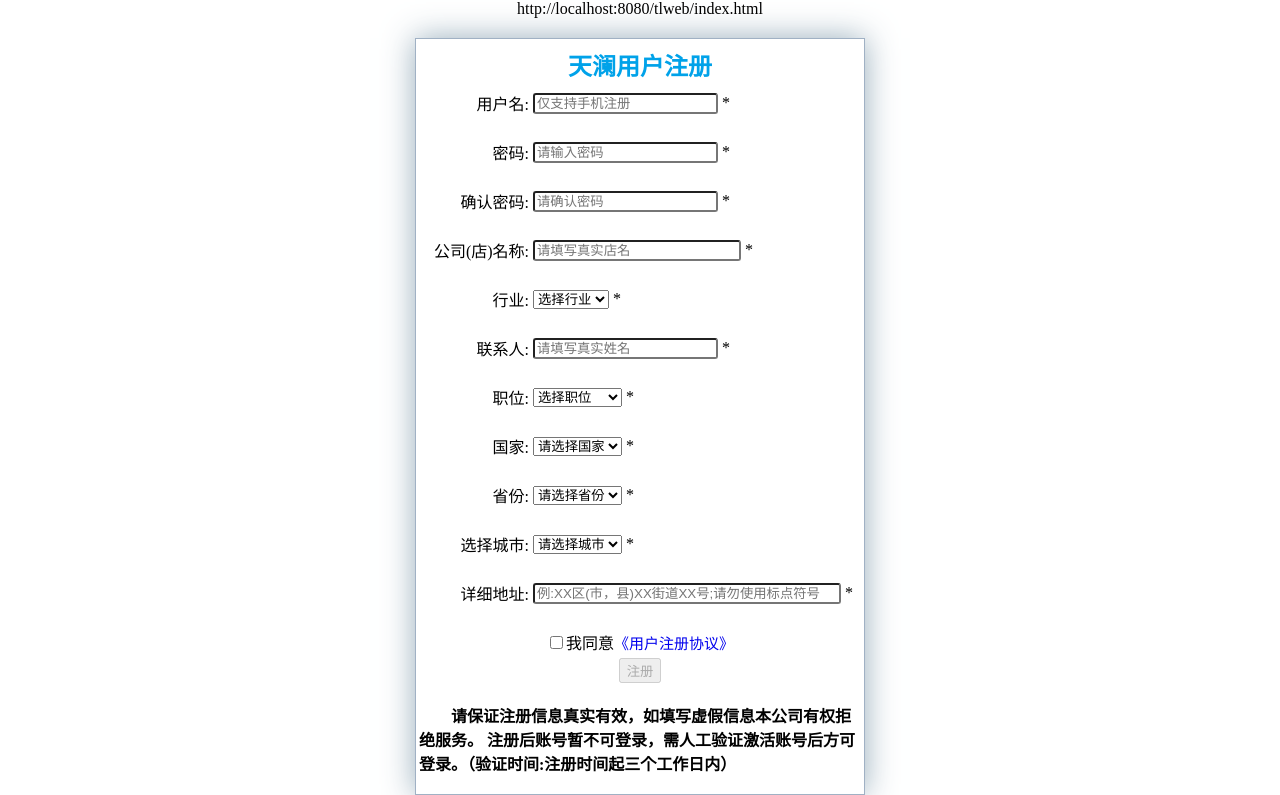
Repository: LansV/web
Page: http://localhost/tlweb/Register.jsp
The author's editor kept a copy of each file at every save. The page is drawn from the files as they stood at one save, then again after the next save.
The browser window is 1280 px wide. The pictures show the whole page.
The page is served by Tomcat 9. Other server files are loaded and not shown.

Above is the page before, as saved 2017-07-12 02:14:36.

### tlweb/WebContent/Register.jsp
<%@ page language="java" contentType="text/html; charset=UTF-8"
    pageEncoding="UTF-8"%>
<!DOCTYPE html PUBLIC "-//W3C//DTD HTML 4.01 Transitional//EN" "http://www.w3.org/TR/html4/loose.dtd">
<html>
<head>
http://localhost:8080/tlweb/index.html
<meta http-equiv="Content-Type" content="text/html; charset=UTF-8">
<title>用户注册</title>
<link rel="stylesheet" type="text/css" href="Css/Register.css">
<script language="javascript" src="Js/Register.js">
</script>
</head>
<body>
	<div id="regmain">
    	<form>
        	<table>
           	    <tr>
                <td style=" font-size:24px;text-align:center;height:45px;color:#00a2e9;text-shadow: 2px 2px 0px #fff;" colspan="2">
                <b><a style="font-size:24px;color:#00a2e9;" href="index.html">天澜用户注册</a></b>
                </td>
                </tr>
            	<tr>
            	<td class="rtb">用户名:</td>
            	<td><input type="text" id="usert" class="regt" maxlength="20" onblur="checkUser()" placeholder="仅支持手机注册">
            	*</td>
            	</tr>
                <tr>
                <td></td><td><div class="tip" id="showtip"></div></td>
                </tr>
                <tr>
                <td class="rtb">密码:</td><td><input type="password" id="passt1" class="regt" maxlength="20" onblur="checkPass()" placeholder="请输入密码">
                *</td>
                </tr>
                <tr>
                <td></td><td><div class="tip"  id="showpass1"></div></td>
                </tr>
                <tr>
                <td class="rtb">确认密码:</td>
                <td><input type="password" id="passt2" class="regt" maxlength="20" onkeyup="equalsPass()" placeholder="请确认密码">
                *</td>
                </tr>
                <tr>
                <td></td><td><div class="tip"  id="showpass2"></div></td>
                </tr>
                <tr>
                <td class="rtb">公司(店)名称:</td>
                <td>
                <input type="text" id="company" class="regt" maxlength="40" onblur="checkStr(this.value,'companytip')"  placeholder="请填写真实店名">
                *</td
                ></tr>
                <tr>
                <td></td><td><div class="tip" id="companytip"></div></td>
                </tr>
                <tr><td class="rtb">行业:</td>
                <td>
                <select id="hy">
                	<option>选择行业</option>
                    <option>美容</option>
                    <option>养殖</option>
                    <option>化工</option>
                    <option>电子</option>
                    <option>海事</option>
                    <option>煤矿</option>
                    <option>农业</option>
                    <option>市政</option>
                    <option>环卫</option>
                    <option>五金</option>
                    <option>造船</option>
                    <option>物业</option>
                    <option>其他</option>
                </select>
                *</td></tr>
                <tr>
                <td></td><td><div  class="tip" ></div></td>
                </tr>
                <tr>
                <td class="rtb">联系人:</td>
                <td>
                <input type="text" id="contactt" class="regt" maxlength="20" onblur="checkStr(this.value,'contacttip')" placeholder="请填写真实姓名">
                *</td>
                </tr>
                <tr>
                <td></td><td><div class="tip" id="contacttip"></div></td>
                </tr>
                <tr><td class="rtb">职位:</td>
                <td>
                <select id="zw">
                	<option>选择职位</option>
                    <option>企业所有人</option>
                    <option>经理</option>
                    <option>店长</option>
                    <option>主管</option>
                    <option>职员</option>
                    <option>操作员</option>
                    <option>其他</option>
                </select>
                *</td></tr>
                <tr>
                <td></td><td><div  class="tip" ></div></td>
                </tr>
                <tr><td class="rtb">国家:</td>
                <td>
                <select id="country" onchange="getProvince(this.value)">
                	<option>请选择国家</option>
                	<option value="中国">中国</option>
                	<option>越南</option>
                	<option>新加坡</option>
                </select>
                *</td></tr>
                <tr>
                <td></td><td><div  class="tip" ></div></td>
                </tr>
                <tr><td class="rtb">省份:</td>
                <td>
                <select id="province" onchange="getCity(this.value)">
                	<option>请选择省份</option>
                </select>
                *</td></tr>
                <tr>
                <td></td><td><div  class="tip" ></div></td>
                </tr>
                <tr><td class="rtb">选择城市:</td>
                <td  >
                <select id="city">
                	<option>请选择城市</option>
                </select>
                *</td></tr>
                <tr>
                <td></td><td><div  class="tip" ></div></td>
                </tr>
                <tr>
                <td class="rtb">详细地址:</td>
                <td><input type="text" id="daddt" maxlength="100" class="regt" onblur="checkStr(this.value,'addresstip')" placeholder="例:XX区(市，县)XX街道XX号;请勿使用标点符号">
                *</td>
                </tr>
                <tr>
                <td></td><td><div class="tip" id="addresstip"></div></td>
                </tr>
                <tr>
                <td style=" text-align:center;" colspan="2"><input type="checkbox" id="agreement" onclick="checkUserAgree(this)">我同意<a href="agreement/UserAgreement.html">《用户注册协议》</a></td>
                </tr>
                <tr>
                <td style=" text-align:center;" colspan="2"><input type="button" id="registerB"  onclick="registerID()" onmousemove="getFocus()" value="注册" disabled=true></td>
                </tr>
                <tr>
                <td colspan="2">
                <p><b>
                                      请保证注册信息真实有效，如填写虚假信息本公司有权拒绝服务。
           		注册后账号暂不可登录，需人工验证激活账号后方可登录。（验证时间:注册时间起三个工作日内）
                </b></p>
                </td>
                </tr>
            </table>
        </form>
    </div>
</body>
</html>

### tlweb/WebContent/Css/Register.css
@CHARSET "UTF-8";
.rtb{
	width:110px;
	text-align:right;
	}
.tip{

	margin-bottom:5px;
	font-weight:bold;
	height:12px;
	font-size:12px;
	color:red;
}
.regt{
	border-radius:3px;
}
a{
	text-decoration:none;
	font-size:15px;
}
table{
	margin-top:20px;
	width:450px;
	border:1px solid  #a0b1c4;
	box-shadow:0 0 30px rgba(140, 164, 180, .9);
	/* background:rgba(83, 190, 174, .1); */
}
 td{
	/*border: 1px solid #53beae;*/
}
#daddt{
	width:300px;
}
#company{
	width:200px;
	}
body{
		margin:0 auto;
		padding:auto;
		text-align:center;
		/* background:#bee7e0; */
		}
#regmain{

	width:450px;
	margin:0 auto;
	text-align:left;
	}
p{
text-indent: 2em; /*em是相对单位，2em即现在一个字大小的两倍*/
}

### tlweb/WebContent/Js/Register.js
/**
 *
 */
//---------------------------------------------------
//******************************************************
//******************************************************
	function createRequest(url) {
	    http_request = false;
	    if (window.XMLHttpRequest) {    							   // 非IE浏览器
	        http_request = new XMLHttpRequest();	                      //创建XMLHttpRequest对象
	    } else if (window.ActiveXObject) {     						   // IE浏览器
	        try {
	            http_request = new ActiveXObject("Msxml2.XMLHTTP");	   //创建XMLHttpRequest对象
	        } catch (e) {
	            try {
	                http_request = new ActiveXObject("Microsoft.XMLHTTP");  //创建XMLHttpRequest对象
	           } catch (e) {}
	        }
	    }
	    if (!http_request) {
	        alert("不能创建XMLHttpRequest对象实例！");
	        return false;
	    }
	    http_request.onreadystatechange = getNameResult;					   //调用返回结果处理函数
	    http_request.open('GET', url, true);							   //创建与服务器的连接
	    http_request.send(null);									   //向服务器发送请求
	}
	function getNameResult() {
	    if (http_request.readyState == 4) {     		// 判断请求状态
	        if (http_request.status == 200) {     		// 请求成功，开始处理返回结果
	            document.getElementById("showtip").innerHTML=http_request.responseText;	//设置提示内容
	            //alert(http_request.responseText);
	           // document.getElementById("toolTip").style.display="block";	//显示提示框
	        } else {     						// 请求页面有错误
	            alert("您所请求的页面有错误！");
	        }
	    }
	}
function checkUser(){
	var user= document.getElementById("usert");
	var regex =/^1[3|4|5|7|8][0-9]\d{8}$/;
	if(user.value==""){
		document.getElementById("showtip").innerHTML="请输入手机号";return;
	}else{
		if(regex.test(user.value)){
			createRequest('AjaxJs/CheckUser.jsp?user='+encodeURI(user.value)+'&datetime='+new Date().getTime());
		}else{
			document.getElementById("showtip").innerHTML="您输入的手机号不正确";
		}

	}
}
function checkPass(){
	var pass= document.getElementById("passt1");
	var pass2= document.getElementById("passt2");
	var passregex=/^[0-9a-zA-Z@#%^_]{6,16}$/;
	if(pass.value==""){
		document.getElementById("showpass1").innerHTML="请输入密码";return;
	}else{
		if(passregex.test(pass.value)){
			document.getElementById("showpass1").innerHTML="";
			if(pass.value==pass2.value){
				document.getElementById("showpass2").innerHTML="";
			}else{
				document.getElementById("showpass2").innerHTML="两次密码不一致";
			}
		}else{
			document.getElementById("showpass1").innerHTML="密码长度不足6位或含有非法字符，请重新填写";
		}
	}
}
function equalsPass(){
	var pass= document.getElementById("passt1");
	var pass2= document.getElementById("passt2");
	if(pass.value==pass2.value){
		document.getElementById("showpass2").innerHTML="";
	}else{
		document.getElementById("showpass2").innerHTML="两次密码不一致";
	}
}//------------------------------------------------------------------------------------------------------------------------------------
//-------------------------------------------------------------------------------------------------------------------------------------
 function createProvince(url) {
    http_requestP = false;
    if (window.XMLHttpRequest) {    							   // 非IE浏览器
        http_requestP = new XMLHttpRequest();	                      //创建XMLHttpRequest对象
    } else if (window.ActiveXObject) {     						   // IE浏览器
        try {
            http_requestP = new ActiveXObject("Msxml2.XMLHTTP");	   //创建XMLHttpRequest对象
        } catch (e) {
            try {
                http_requestP = new ActiveXObject("Microsoft.XMLHTTP");  //创建XMLHttpRequest对象
           } catch (e) {}
        }
    }
    if (!http_requestP) {
        alert("不能创建XMLHttpRequest对象实例！");
        return false;
    }
    http_requestP.onreadystatechange = getProvinceResult;					   //调用返回结果处理函数
    http_requestP.open('GET', url, true);							   //创建与服务器的连接
    http_requestP.send(null);									   //向服务器发送请求
}
function getProvinceResult() {
    if (http_requestP.readyState == 4) {     		// 判断请求状态
        if (http_requestP.status == 200) {     		// 请求成功，开始处理返回结果
            var provinceArr=http_requestP.responseText.split(",");	//设置提示内容
            var province=document.getElementById("province");
            var city=document.getElementById("city");
            province.length=0;
            city.length=0;
            city.options[0]=new Option("请选择城市","请选择城市");
            for(i=0;i<provinceArr.length;i++){
            	  province.options[i]=new Option(provinceArr[i],provinceArr[i]);
            }
            province.options[provinceArr.length-1].disabled=true;
           // document.getElementById("toolTip").style.display="block";	//显示提示框
        } else {     						// 请求页面有错误
            alert("您所请求的页面有错误！");
        }
    }
}
function getProvince(country){
	var countryindex=document.getElementById("country").selectedIndex;
	if(countryindex==0){
		var province=document.getElementById("province");
        var city=document.getElementById("city");
        province.length=0;
        province.options[0]=new Option("请选择省份","请选择省份");
        city.length=0;
        city.options[0]=new Option("请选择城市","请选择城市");
	}else{
		createProvince('AjaxJs/GetProvince.jsp?country='+encodeURI(country)+'&datetime='+new Date().getTime());
	}
}
//**********************************************************************************************************************
 function createCity(url) {
    http_requestC = false;
    if (window.XMLHttpRequest) {    							   // 非IE浏览器
        http_requestC = new XMLHttpRequest();	                      //创建XMLHttpRequest对象
    } else if (window.ActiveXObject) {     						   // IE浏览器
        try {
            http_requestC = new ActiveXObject("Msxml2.XMLHTTP");	   //创建XMLHttpRequest对象
        } catch (e) {
            try {
                http_requestC = new ActiveXObject("Microsoft.XMLHTTP");  //创建XMLHttpRequest对象
           } catch (e) {}
        }
    }
    if (!http_requestC) {
        alert("不能创建XMLHttpRequest对象实例！");
        return false;
    }
    http_requestC.onreadystatechange = getCityResult;					   //调用返回结果处理函数
    http_requestC.open('GET', url, true);							   //创建与服务器的连接
    http_requestC.send(null);									   //向服务器发送请求
}
function getCityResult() {
    if (http_requestC.readyState == 4) {     		// 判断请求状态
        if (http_requestC.status == 200) {     		// 请求成功，开始处理返回结果
            var cityArr=http_requestC.responseText.split(",");	//设置提示内容
            var city=document.getElementById("city");
            city.length=0;
            for(i=0;i<cityArr.length;i++){
            	  city.options[i]=new Option(cityArr[i],cityArr[i]);
            }

           // document.getElementById("toolTip").style.display="block";	//显示提示框
        } else {     						// 请求页面有错误
            alert("您所请求的页面有错误！");
        }
    }
}
function getCity(province){
		var provinceindex=document.getElementById("province").selectedIndex;
		if(provinceindex==0){
			 var city=document.getElementById("city");
	         city.length=0;
	         city.options[0]=new Option("请选择城市","请选择城市");
		}else{
			createCity('AjaxJs/GetCity.jsp?province='+encodeURI(province)+'&datetime='+new Date().getTime());
		}

}
//--------------------------*********************************************
//************************************************************************
function createRegister(url) {
    http_requestR = false;
    if (window.XMLHttpRequest) {    							   // 非IE浏览器
        http_requestR = new XMLHttpRequest();	                      //创建XMLHttpRequest对象
    } else if (window.ActiveXObject) {     						   // IE浏览器
        try {
            http_requestR = new ActiveXObject("Msxml2.XMLHTTP");	   //创建XMLHttpRequest对象
        } catch (e) {
            try {
                http_requestR = new ActiveXObject("Microsoft.XMLHTTP");  //创建XMLHttpRequest对象
           } catch (e) {}
        }
    }
    if (!http_requestR) {
        alert("不能创建XMLHttpRequest对象实例！");
        return false;
    }
    http_requestR.onreadystatechange = getRegisterResult;					   //调用返回结果处理函数
    http_requestR.open('GET', url, true);							   //创建与服务器的连接
    http_requestR.send(null);									   //向服务器发送请求
}
function getRegisterResult() {
    if (http_requestR.readyState == 4) {     		// 判断请求状态
        if (http_requestR.status == 200) {     		// 请求成功，开始处理返回结果
        	var restr=http_requestR.responseText;
        	var str=JSON.stringify(restr);
        	if(str.indexOf("success")>0){
        		alert("注册成功\n客服将在三日内验证账号\n确认后跳转至首页");
        		window.location.href='index.html';
        	}else{
        		alert("注册失败\n请重试");
        	}
        } else {     						// 请求页面有错误
            alert("您所请求的页面有错误！");
        }
    }
}



function getFocus(){
	document.getElementById("registerB").focus();
}
function registerID(){
	var phonenum=document.getElementById("usert").value;     //获取ID文本框 不能为空

	var phonetip=document.getElementById("showtip").innerText;//获取错误信息 必须为空

	var pass=document.getElementById("passt1").value;       //获取密码文本框 不能为空

	var passtip1=document.getElementById("showpass1").innerText;//获取错误信息 必须为空

	var passtip2=document.getElementById("showpass2").innerText;//获取错误信息 必须为空

	var contact=document.getElementById("contactt").value;       //获取联系人文本框 不能为空

	var contacttip=document.getElementById("contacttip").innerText;       //获取联系人错误 必须为空

	var company=document.getElementById("company").value;       //获取企业文本框 不能为空

	var companytip=document.getElementById("companytip").innerText;       //获取企业错误 必须为空

	var hyindex=document.getElementById("hy").selectedIndex;       //获取行业列表索引值

	var zwindex=document.getElementById("zw").selectedIndex;       //获取职位列表索引值

	var provinceindex=document.getElementById("province").selectedIndex;  //获取省列表索引值

	var cityindex=document.getElementById("city").selectedIndex;     //获取市列表索引值

	var address=document.getElementById("daddt").value;       //获取地址文本框 不能为空

	var addresstip=document.getElementById("addresstip").innerText;       //获取地址错误 必须为空
	//&&pass!=""&&passtip1==""&&passtip2==""&&contact!=""&&contacttip==""&&company!=""&&companytip==""&&
	//hyinde!=0&&zwindex!=0&&provinceindex!=0&&cityindex!=0&&address!=""&&addresstip==""
	//||pass.length==0||contact.length==0||company.length==0||hyindex==0||zwindex==0||provinceindex==0||cityindex==0||address.length==0
	if(phonenum.length==0||pass.length==0||contact.length==0||company.length==0||hyindex==0||zwindex==0||provinceindex==0||cityindex==0||address.length==0){
		alert("请保证信息完整\n\n如已填写完整，请联系天澜公司报告BUG\nBUG核实后可领取最大金额¥100现金红包\n现金红包适用范围:采购与维修抵扣" +
				"\n\n联系电话:18026753608");
	}else{
		if(phonetip.length==0&&passtip1.length==0&&passtip2.length==0&&contacttip.length==0&&companytip.length==0&&addresstip.length==0){
			var hy=document.getElementById("hy");

			var zw=document.getElementById("zw");

			var country=document.getElementById("country");

			var countryindex=document.getElementById("country").selectedIndex;

			var province=document.getElementById("province");

			var city=document.getElementById("city");
			//createCity('AjaxJs/GetCity.jsp?province='+encodeURI(province)+'&datetime='+new Date().getTime());
createRegister('AjaxJs/RegisterUser.jsp?user='+encodeURI(phonenum)+'&passw='+encodeURI(pass)+'&company='+encodeURI(company)+'&hy='+encodeURI(hy.options[hyindex].text)+'&contact='+encodeURI(contact)+'&zw='+encodeURI(zw.options[zwindex].text)+'&country='+encodeURI(country.options[countryindex].text)+'&province='+encodeURI(province.options[provinceindex].text)+'&city='+encodeURI(city.options[cityindex].text)+'&address='+encodeURI(address)+'&datetime='+new Date().getTime());
			//+'&hy='+encodeURI(hy.options[hyindex].text+'&contact='+encodeURI(contact)+'&zw='+encodeURI(zw.options[zwindex].text)
			//+'&country='+encodeURI(country.options[countryindex].text)+'&province='+encodeURI(province.options[provinceindex].text)
			//+'&city='+encodeURI(city.options[cityindex].text)+'&address='+encodeURI(address)
		}else{
			alert("请保证信息格式正确\n\n如信息格式正确，请联系天澜公司报告BUG\nBUG核实后可领取最大金额¥100现金红包\n现金红包适用范围:采购与维修抵扣" +
					"\n\n联系电话:18026753608");
		}
	}
}
function checkUserAgree(obj){
	if(obj.checked){
		document.getElementById("registerB").disabled=false;
	}else{
		document.getElementById("registerB").disabled=true;
	}

}
function checkStr(value,id){
	  var pattern = new RegExp("[%--`~!@#$^&*()=|{}':;',\\[\\].<>/?~！@#￥……&*（）——|{}【】‘；：”“'。，、？]")
	  if(pattern.test(value)){
		  document.getElementById(id).innerHTML="含有非法字符，请重新填写";
	  }else{
		  document.getElementById(id).innerHTML="";
	  }
}

After the next save:
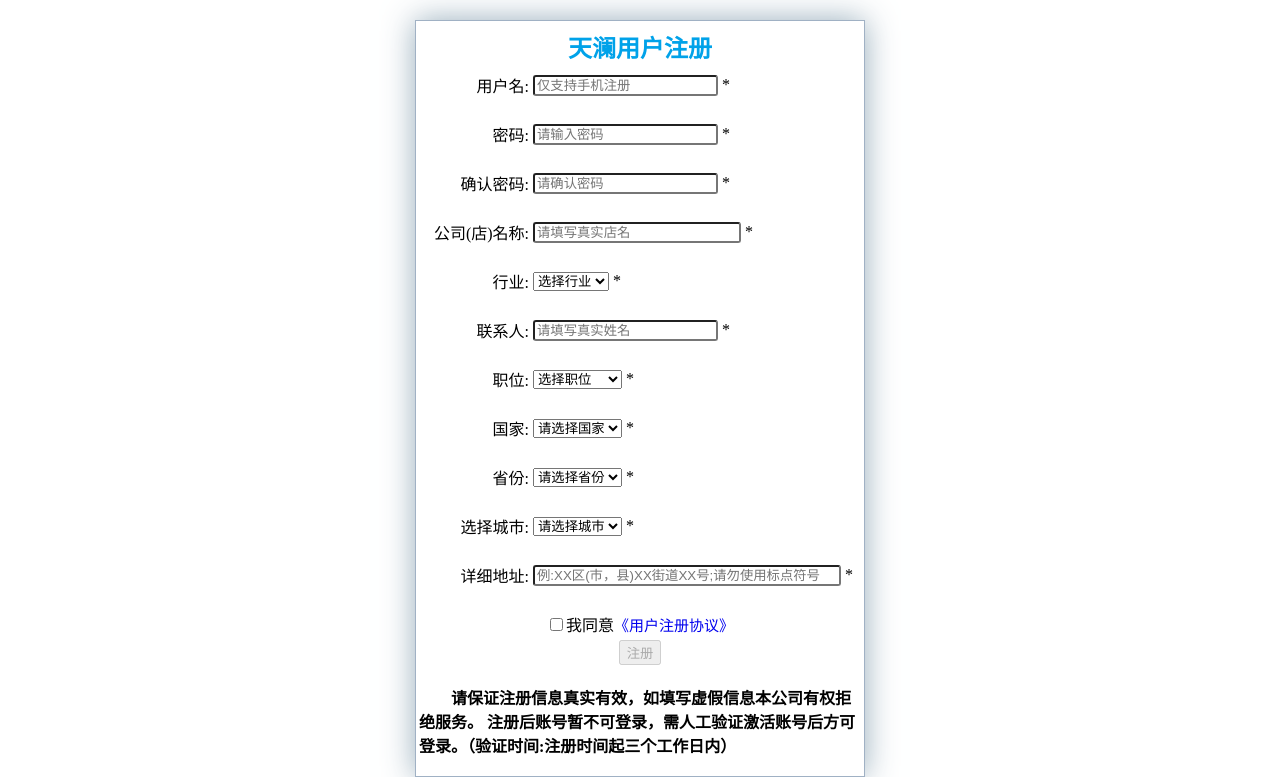
Saved 5 s later.
--- a/tlweb/WebContent/Register.jsp
+++ b/tlweb/WebContent/Register.jsp
@@ -3,7 +3,6 @@
 <!DOCTYPE html PUBLIC "-//W3C//DTD HTML 4.01 Transitional//EN" "http://www.w3.org/TR/html4/loose.dtd">
 <html>
 <head>
-http://localhost:8080/tlweb/index.html
 <meta http-equiv="Content-Type" content="text/html; charset=UTF-8">
 <title>用户注册</title>
 <link rel="stylesheet" type="text/css" href="Css/Register.css">
